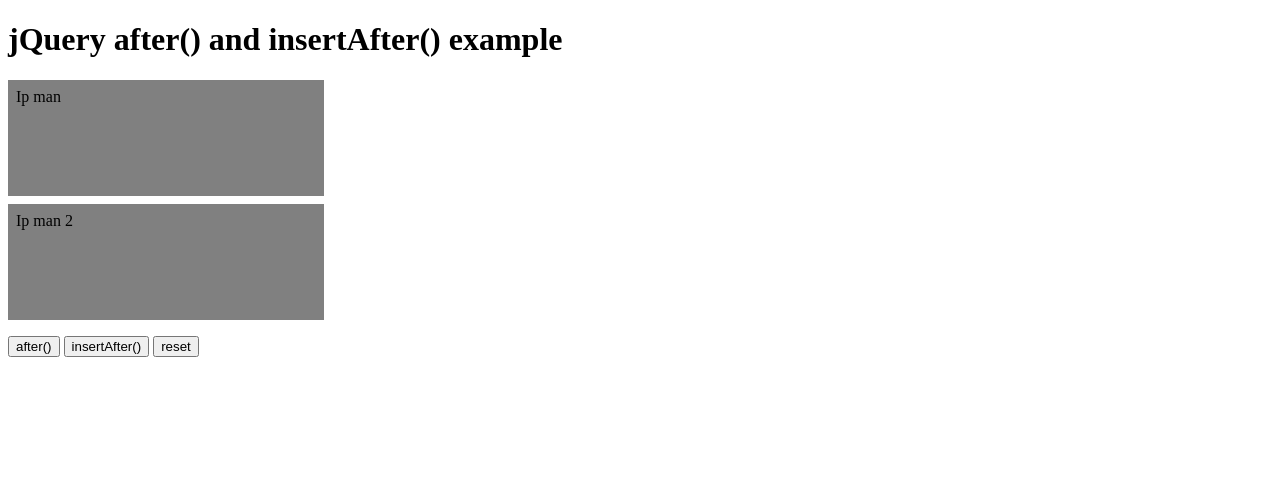
Repository: sudheerj/jQuery
Page: jQueryExamples/chapter06/FormEvents.html
These files come from the project's save history. The page is drawn as it stood at one moment and after the next save; the edit follows.
The browser window is 1280 px wide. The pictures show the whole page.

Above is the page before, as saved 2016-10-21 17:18:31.

### jQueryExamples/chapter06/FormEvents.html
<!DOCTYPE html>
<html>
	<head>
		<title>jQuery Animate</title>
		<script type="text/javascript" src="..\jquery\jquery-3.1.1.min.js"></script>
		<style type="text/css">
			.greyBox {
				padding: 8px;
				background: grey;
				margin-bottom: 8px;
				width: 300px;
				height: 100px;
			}
			.redBox {
				padding: 8px;
				background: red;
				margin-bottom: 8px;
				width: 200px;
				height: 50px;
			}
		</style>

	</head>
	<body>
		<h1>jQuery after() and insertAfter() example</h1>

		<div class="greyBox">
			Ip man
		</div>

		<div class="greyBox">
			Ip man 2
		</div>

		<p>
			<button id="after">
				after()
			</button>
			<button id="insertAfter">
				insertAfter()
			</button>
			<button id="reset">
				reset
			</button>
		</p>

		<script type="text/javascript">
			$("#after").click(function() {

				$('.greyBox').after("<div class='redBox'>Iron man</div>");

			});

			$("#insertAfter").click(function() {

				$("<div class='redBox'>Iron man</div>").insertAfter('.greyBox');

			});

			$("#reset").click(function() {
				location.reload();
			});

		</script>
	</body>
</html>

Loaded but not shown: jQueryExamples/jquery/jquery-3.1.1.min.js (library)

After the next save:
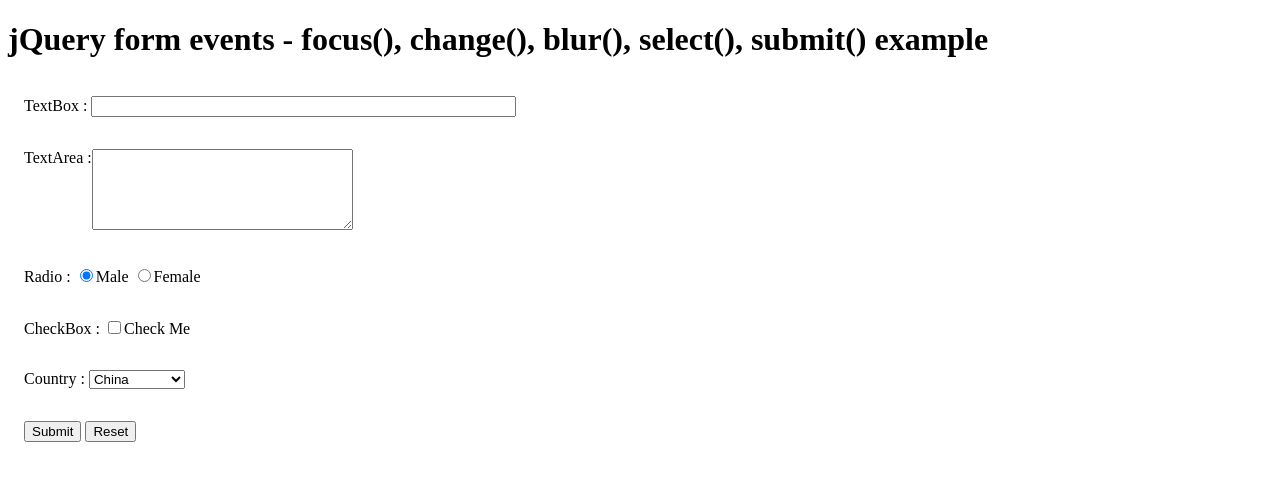
Saved 3 min 35 s later.
--- a/jQueryExamples/chapter06/FormEvents.html
+++ b/jQueryExamples/chapter06/FormEvents.html
@@ -4,63 +4,88 @@
 		<title>jQuery Animate</title>
 		<script type="text/javascript" src="..\jquery\jquery-3.1.1.min.js"></script>
 		<style type="text/css">
-			.greyBox {
-				padding: 8px;
-				background: grey;
-				margin-bottom: 8px;
-				width: 300px;
-				height: 100px;
-			}
-			.redBox {
-				padding: 8px;
-				background: red;
-				margin-bottom: 8px;
-				width: 200px;
-				height: 50px;
-			}
-		</style>
+	div{
+		padding:16px;
+	}
+	.focus, .blur, .change, .select{
+		color:white;
+		border:1px solid red;
+		background-color:blue;
+		padding:8px;
+		margin:8px;
+	}
+</style>
+</head>
 
-	</head>
-	<body>
-		<h1>jQuery after() and insertAfter() example</h1>
+<body>
 
-		<div class="greyBox">
-			Ip man
-		</div>
+<h1>jQuery form events - focus(), change(), blur(), select(), submit() example</h1>
 
-		<div class="greyBox">
-			Ip man 2
-		</div>
+<form name="testing" action="#">
+<div>
+   TextBox : <input type="textbox" size="50"></input>
+</div>
+<div>
+   <label style="float:left">TextArea : </label>
+   <textarea cols="30" rows="5"></textarea>
+</div>
+<div>
+   Radio : <input name="sex" type="radio" value="Male" checked>Male</input>
+	     <input name="sex" type="radio" value="Female">Female</input>
+</div>
+<div>
+   CheckBox : <input type="checkbox" name="checkme">Check Me</input>
+</div>
 
-		<p>
-			<button id="after">
-				after()
-			</button>
-			<button id="insertAfter">
-				insertAfter()
-			</button>
-			<button id="reset">
-				reset
-			</button>
-		</p>
+<div>
+   Country : <select id="country">
+		  <option value="China">China</option>
+	 	  <option value="United State">United State</option>
+		 </select>
+</div>
 
-		<script type="text/javascript">
-			$("#after").click(function() {
+<div>
+	<input type="submit"></input> <input type="reset"></input>
+</div>
 
-				$('.greyBox').after("<div class='redBox'>Iron man</div>");
+</form>
 
-			});
+<script type="text/javascript">
 
-			$("#insertAfter").click(function() {
+    $("input,select,textarea").focus(function () {
 
-				$("<div class='redBox'>Iron man</div>").insertAfter('.greyBox');
+	  $(this).after("<span class='focus'> focus() triggered! </span>");
+	  $("span").filter('.focus').fadeOut(4000);
 
-			});
+    });
 
-			$("#reset").click(function() {
-				location.reload();
-			});
+    $("input,select,textarea").blur(function () {
 
-		</script>
-	</body>
+	  $(this).after("<span class='blur'> blur() triggered! </span>");
+	  $("span").filter('.blur').fadeOut(4000);
+
+    });
+
+    $("input,select,textarea").change(function () {
+
+	  $(this).after("<span class='change'> change() triggered! </span>");
+	  $("span").filter('.change').fadeOut(4000);
+
+    });
+
+    $("input,textarea").select(function () {
+
+	  $(this).after("<span class='select'> select() triggered! </span>");
+	  $("span").filter('.select').fadeOut(4000);
+
+    });
+
+    $("form").submit(function () {
+
+	 	alert('Form submitted!');
+
+    });
+</script>
+
+</body>
 </html>
